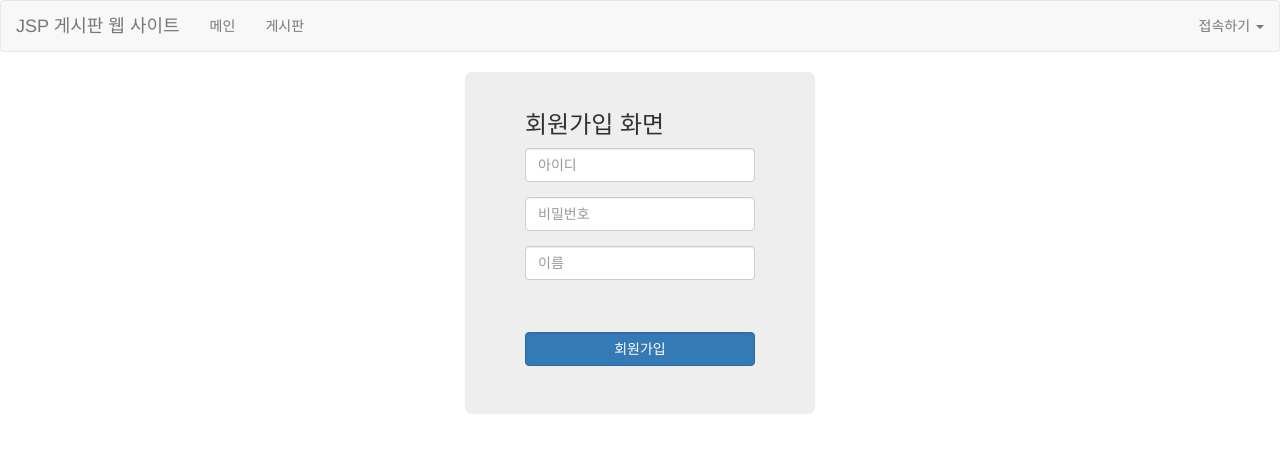
Repository: TheChok/BbsClone
Page: http://localhost/BBS/join.jsp
The author's editor kept a copy of each file at every save. The page is drawn from the files as they stood at one save, then again after a run of saves.
The browser window is 1280 px wide. The pictures show the whole page.
Some web libraries are served in a nearby version. The page is served by Tomcat 9. Other server files are loaded and not shown.

Above is the page before, as saved 2023-09-21 07:32:11.

### BBS/src/main/webapp/join.jsp
<%@ page language="java" contentType="text/html; charset=UTF-8" pageEncoding="UTF-8"%>
<!DOCTYPE html>
<html>
<head>
	<meta http-equiv="Content-Type" content="text/html; charset=UTF-8">
	<meta name="viewport" content="width=device-width", initial-scale="1">
	<link rel="stylesheet" href="css/bootstrap.css">
	<title>JSP 게시판 웹 사이트</title>

</head>
<body>

	<!-- navbar -->
	<nav class="navbar navbar-default">
		<div class="navbar-header">
			<button type="button" class="navbar-toggle"
				data-toggle="collapse" data-target="#bs-example-navbar-collapse-1"
				aria-expanded="false">
				<span class="icon-bar"></span>
				<span class="icon-bar"></span>
				<span class="icon-bar"></span>
			</button>
			<a class="navbar-brand" href="main.jsp">JSP 게시판 웹 사이트</a>
		</div>

		<div class="collapse navbar-collapse" id="bs-example-navbar-collapse-1">
			<ul class="nav navbar-nav">
				<li><a href="main.jsp">메인</a></li>
				<li><a href="bbs.jsp">게시판</a></li>
			</ul>
			<ul class="nav navbar-nav navbar-right">
				<li class="dropdown">
					<a href="#" class="dropdown-toggle"
						data-toggle="dropdown" role="button" aria-haspopup="true"
						aria-expanded="false">
						접속하기
						<span class="caret"></span>
					</a>
					<ul class="dropdown-menu">
						<li class="active">
							<a href="login.jsp">로그인</a>
						</li>
						<li>
							<a href="join.jsp">회원가입</a>
						</li>
					</ul>
				</li>
			</ul>
		</div>
	</nav>
	<!-- End - navbar -->

	<!-- container -->
	<div class="container">
		<div class="col-lg-4"></div>
		<div class="col-lg-4">
			<div class="jumbotron" style="padding-top:20px;">
				<form method="post" action="loginAction.jsp">
					<h3 style="text-aligh:center;">회원가입 화면</h3>
					<div class="form-group">
						<input type="text" class="form-control" placeholder="아이디" name="userID" maxlength="20" />
					</div>
					<div class="form-group">
						<input type="password" class="form-control" placeholder="비밀번호" name="userPassword" maxlength="20" />
					</div>
					<div class="form-group">
						<input type="text" class="form-control" placeholder="이름" name="userName" maxlength="20" />
					</div>
					<div class="form-group" style="text-align:center;">
						<div class="btn-group" data-toggle="buttons">
							<label class="">

							</label>
						</div>
					</div>

					<input type="submit" class="btn btn-primary form-control" value="회원가입" />
				</form>
			</div>
		</div>
	</div>



	<script src="https://code.jquery.com/jquery-3.1.1.min.js"></script>
	<script src="js/bootstrap.js"></script>
</body>
</html>

Loaded but not shown: BBS/src/main/webapp/css/bootstrap.css (library); BBS/src/main/webapp/js/bootstrap.js (library)

After the next 2 saves:
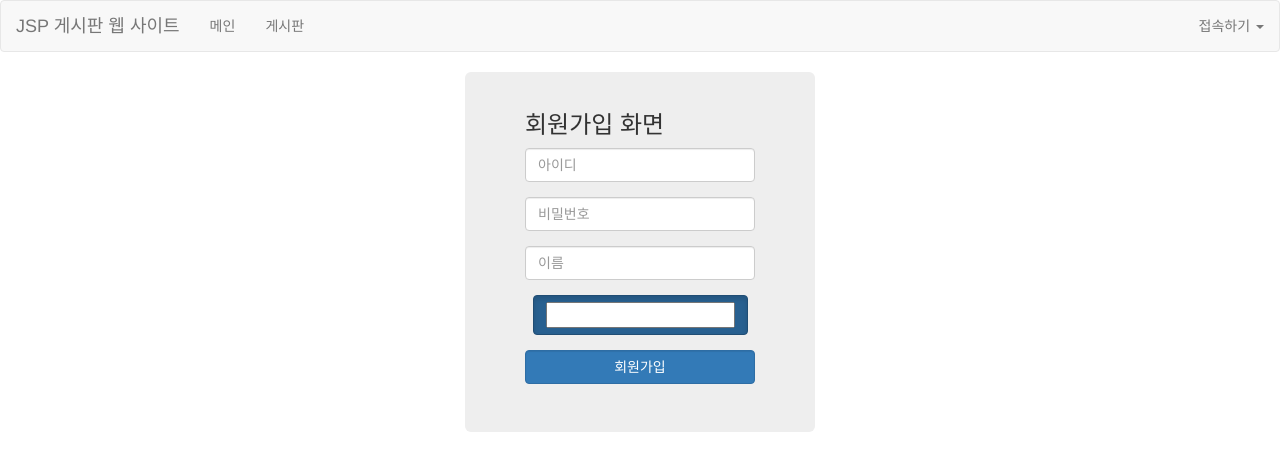
The 2 saves are shown as one change because they came seconds apart.
The last was saved 9 s later.
--- a/BBS/src/main/webapp/join.jsp
+++ b/BBS/src/main/webapp/join.jsp
@@ -68,8 +68,8 @@
 					</div>
 					<div class="form-group" style="text-align:center;">
 						<div class="btn-group" data-toggle="buttons">
-							<label class="">
-
+							<label class="btn btn-primary active">
+								<input>
 							</label>
 						</div>
 					</div>
